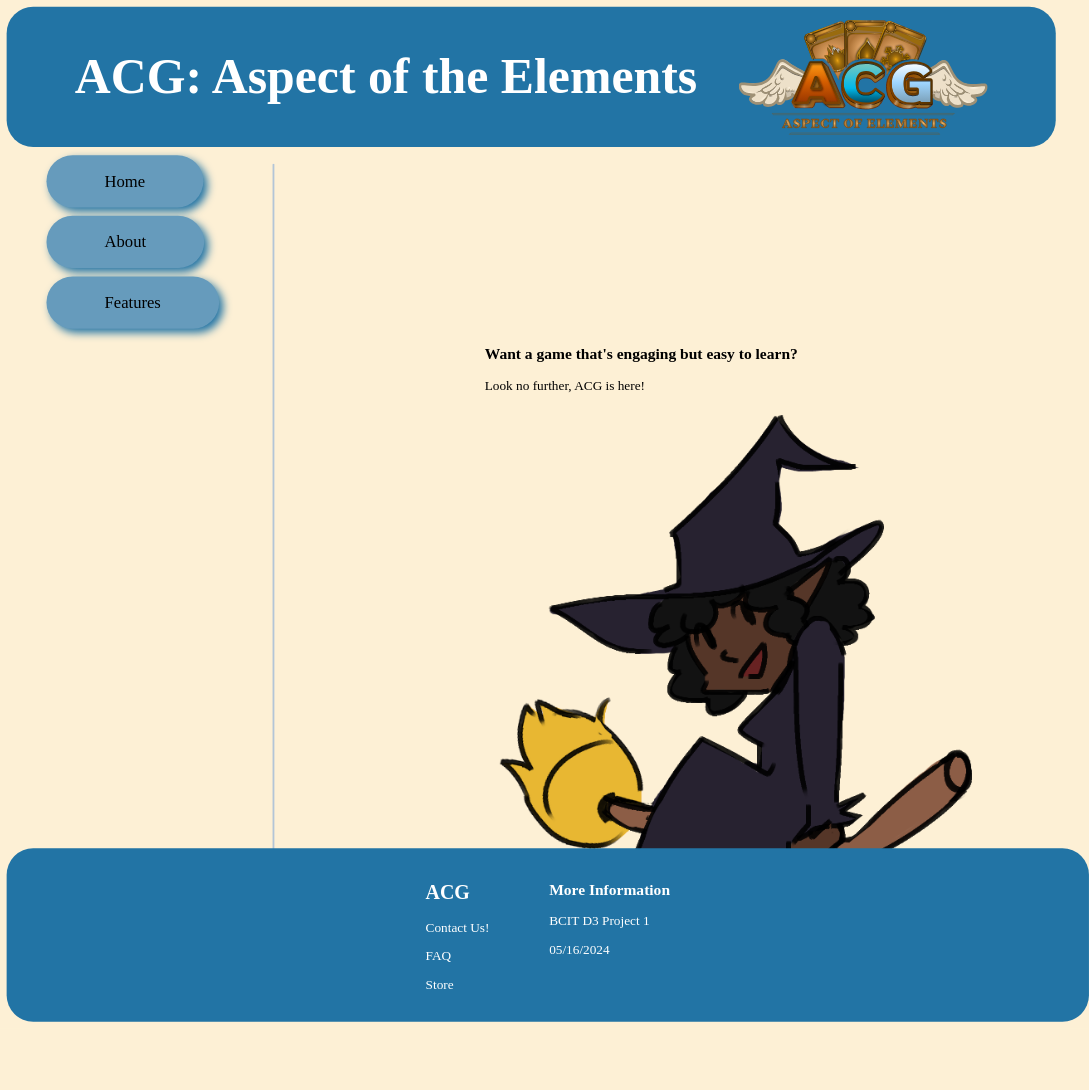
Repository: Delukalgh/ACG
Page: Features.html
The author's editor kept a copy of each file at every save. The page is drawn from the files as they stood at one save, then again after the next save.
The browser window is 1280 px wide. The page is 1312 px wide, so the pictures cover 1312 px, including what lies to the right of the window. The pictures show the whole page, at 83% of full size.

Above is the page before, as saved 2024-05-15 15:27:08.

### Features.html
<!DOCTYPE html>
<html lang="en">

<head>
  <meta charset="UTF-8">
  <meta name="viewport" content="width=device-width, initial-scale=1.0">
  <meta http-equiv="X-UA-Compatible" content="ie=edge">
  <title>ACG Home Page</title>
  <link rel="stylesheet" href="features-style.css">
</head>

<body>
  <script src="index.js"></script>
  <div class="main-container">
    <div class="header-container">
      <h1 class="acg-header">ACG: Aspect of the Elements</h1>
      <img class="acg-logo" src="images/ACG-Logo.svg" alt="acg logo" style="width: 300px;" />
    </div>
    <div class="vertical-line"></div>

    <!--Side Menu-->
    <div class="buttons-container">
      <div class="button">
        <a class="link" href="index.html">
          <button class="about-page">Home</button>
        </a>
      </div>
    <div class="button">
      <a class="link" href="about.html">
        <button class="about-page">About</button>
      </a>
    </div>
    <div class="button">
      <a class="link" href="features.html">
        <button class="about-page">Features</button>
      </a>
    </div>
    </div>

    <!--Content-->
    <div class="features-container">
      <div class="content">
      <h3>Want a game that's engaging but easy to learn?</h3>
      <p>Look no further, ACG is here!</p>
        <img src="images/IllustrationWitchGirl.png"/>

      </div>
    </div>

    <!--Footer-->
    <div class="footer-container">
      <div class="footer-group-1">
        <h2>ACG</h2>
        <p>Contact Us!</p>
        <p>FAQ</p>
        <p>Store</p>
      </div>

      <div class="footer-group-2">
        <h3>More Information</h3>
        <p>BCIT D3 Project 1</p>
        <p>05/16/2024</p>
      </div>
    </div>
  </div>
</body>

</html>

### features-style.css
body {
  background-color: #FDF0D5;
}

.main-container {
  position: relative;
  min-height: 100vh;
}
.header-container {
  display: flex;
  background-color: #2274A5;
  padding: 10px;
  justify-content: center;
  border-radius: 32px;
}

.acg-header {
  color: white;
  font-family: cursive;
  font-size: 60px;
}

.acg-logo {
  display: flex;
  margin-left: 50px;
}

.vertical-line {
  border-left: 3px solid #B3C5D7;
  height: 60em;
  position:absolute;
  margin-left: 20em;
  border-radius: 32px;
  margin-top: 20px;
}

.button {
  display: flex;
  justify-content: center;
  margin-top: 10px;
  justify-content: left;
  margin-left: 3em;
}

.about-page {
  display: flex;
  background-color: #669BBC;
  padding: 20px 70px;
  border-radius: 32px;
  border: none;
  font-size: 20px;
  font-family: cursive;
  box-shadow: 5px 5px 10px #2274A5;
  cursor: pointer;
}

.link {
  text-decoration: none;
}

.footer-container {
  display: flex;
  background-color: #2274A5;
  padding: 20px;
  justify-content: center;
  border-radius: 32px;
  position:absolute;
  bottom: 0;
  width: 100%;
  color: white;
  font-family: cursive;
}

.footer-group-1 {
margin-right: 10vh;
}

.features-container {
  margin-left: 80vh;
  position: relative;

}

Loaded but not shown: index.js (no stored copy; drawn as an empty file)

After the next save:
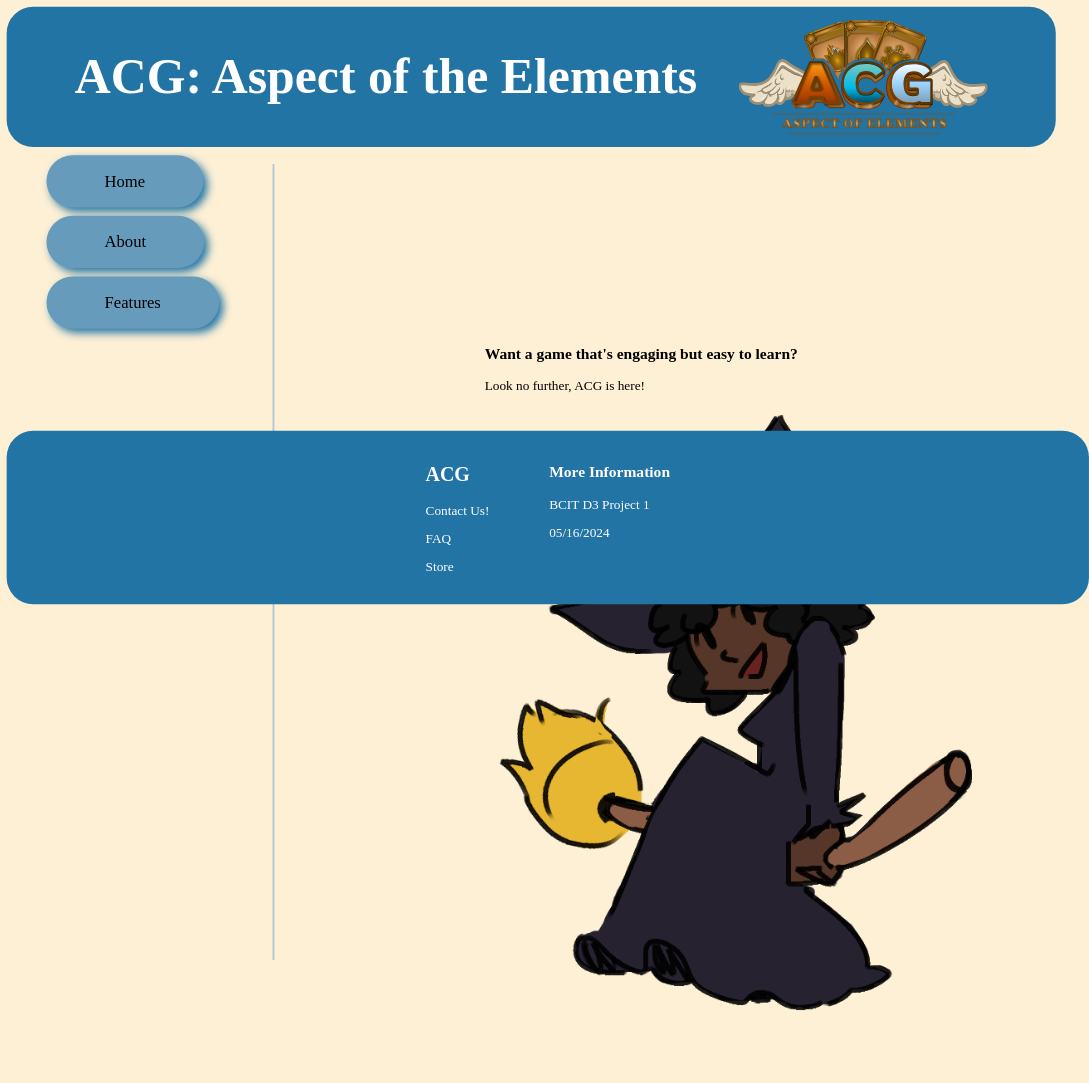
Saved 14 s later.
--- a/features-style.css
+++ b/features-style.css
@@ -77,6 +77,6 @@
 
 .features-container {
   margin-left: 80vh;
-  position: relative;
+  position:absolute;
 
 }

After the save that followed:
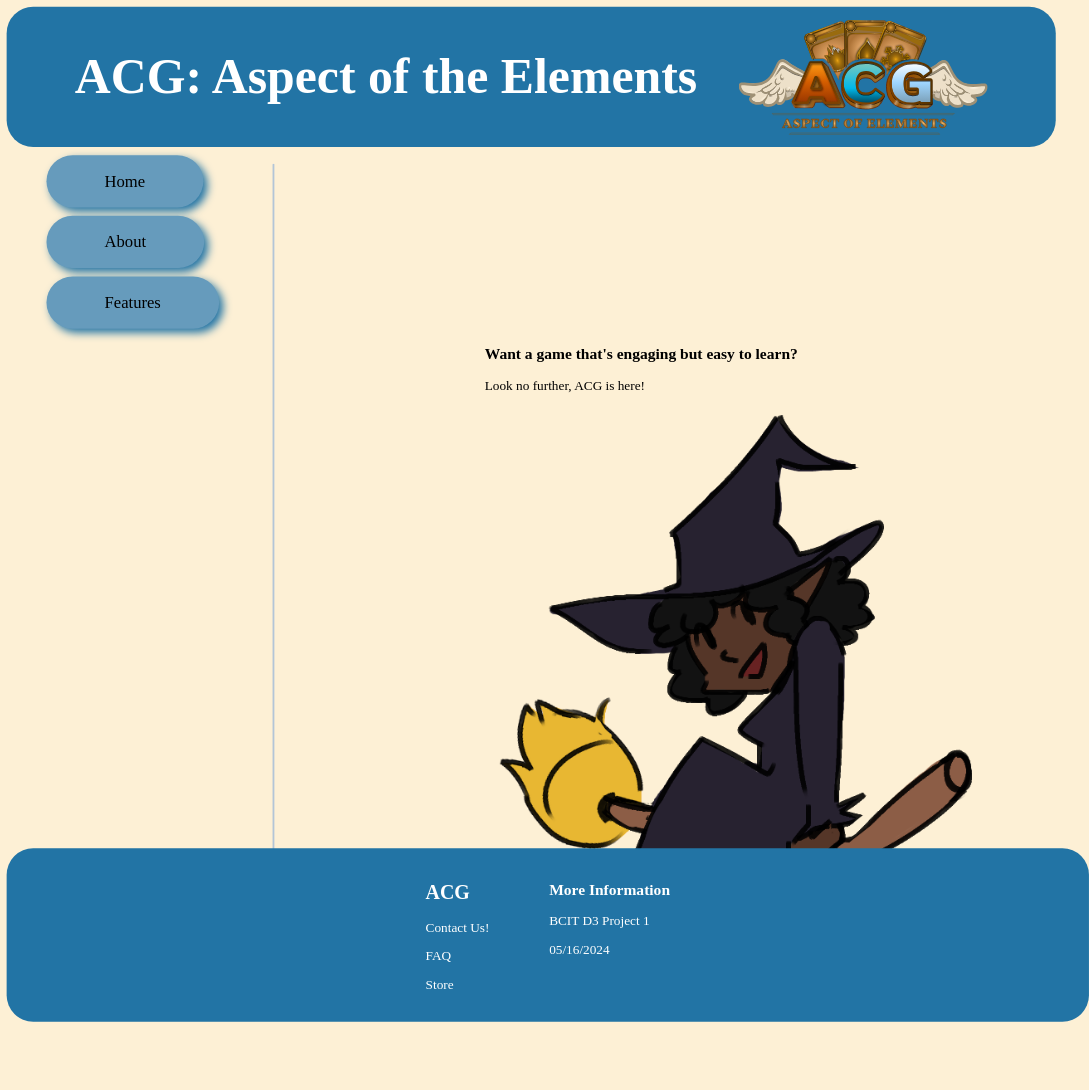
Saved 6 s later.
--- a/features-style.css
+++ b/features-style.css
@@ -77,6 +77,6 @@
 
 .features-container {
   margin-left: 80vh;
-  position:absolute;
+  position:relative;
 
 }
